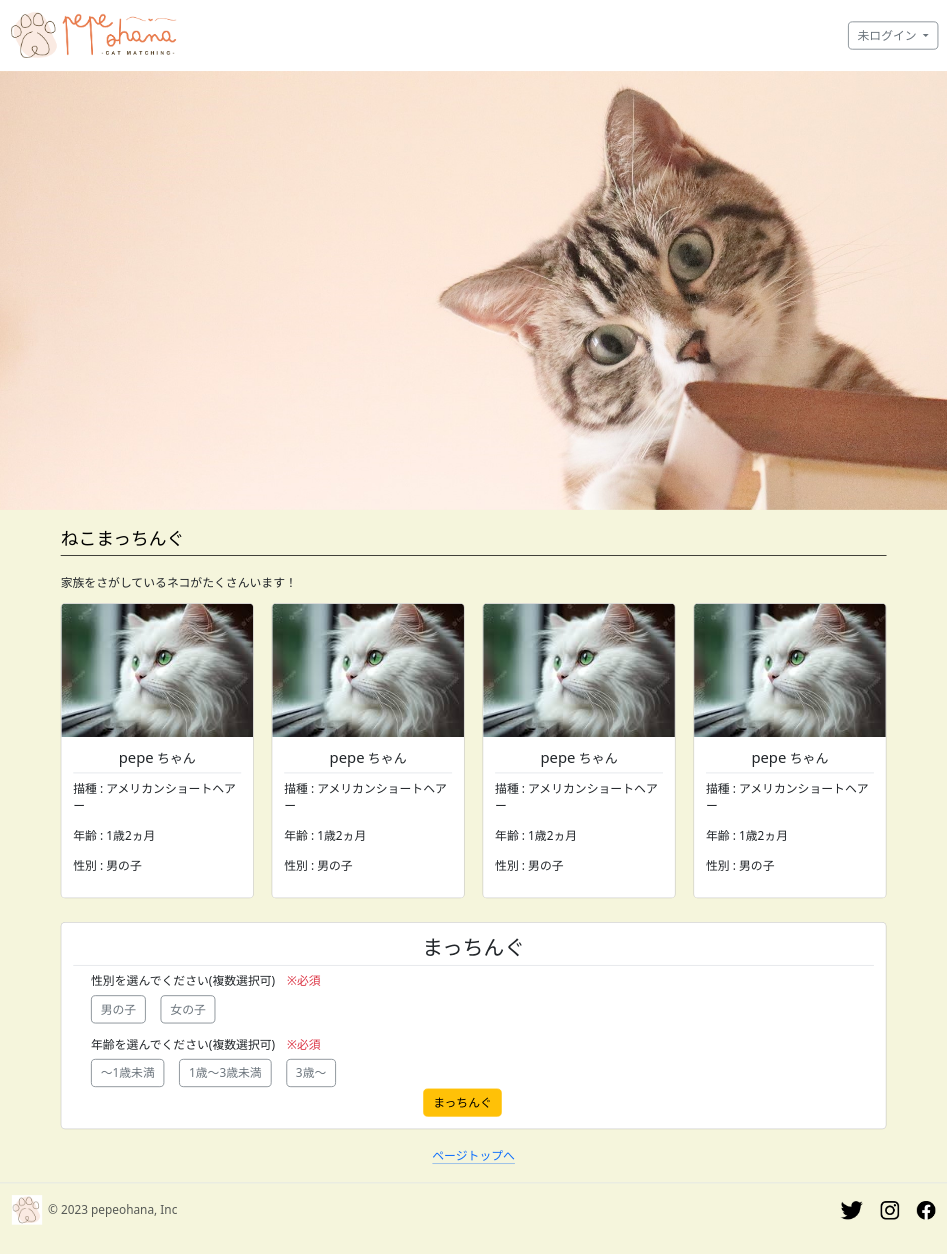
Repository: sakuwell/pepe
Page: http://localhost/PepeOhana/
An editor plug-in stored every save of this project. The page is shown before and after the next save, followed by the edit.
The browser window is 1280 px wide. The pictures show the whole page, at 74% of full size.
The page is served by Tomcat 9.

Above is the page before, as saved 2023-09-06 06:40:42.

After the next save:
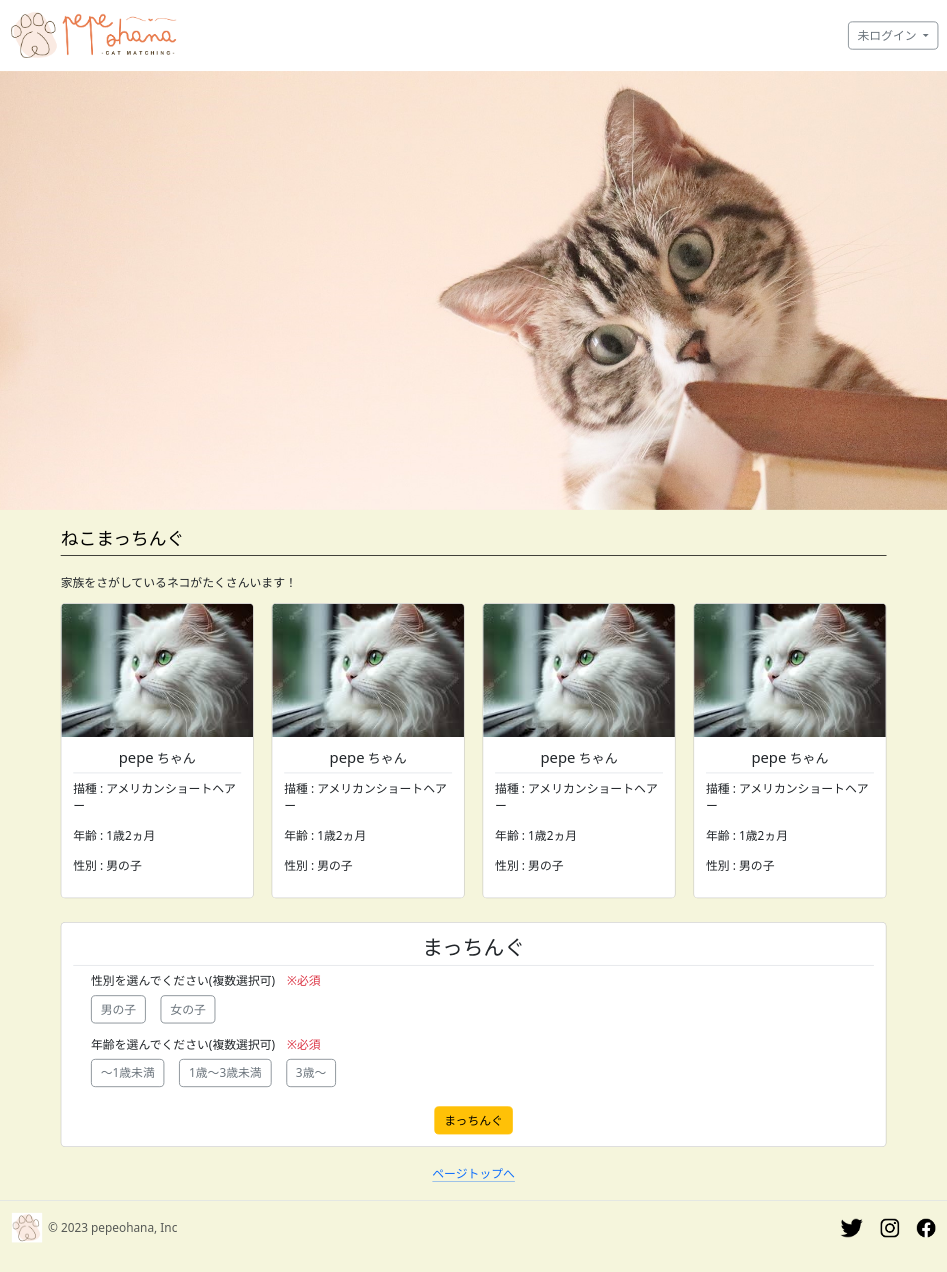
Saved 21 s later.
--- a/ExWorkSpace/PepeOhana/src/main/webapp/index.jsp
+++ b/ExWorkSpace/PepeOhana/src/main/webapp/index.jsp
@@ -162,8 +162,8 @@
 	         		<input type="checkbox" class="btn-check" id="age_3" autocomplete="off">
 					<label class="btn btn-outline-secondary ms-3" for="age_3">3歳～</label>
 				</div>
-				<p style="text-align:center; margin:0 30px 0 0;">
-					<button type="submit" class="btn btn-warning">まっちんぐ</button>
+				<p style="text-align:center; margin-bottom:0;">
+					<button type="submit" class="btn btn-warning mt-4">まっちんぐ</button>
 				</p>
 			</form>
 		</div>
